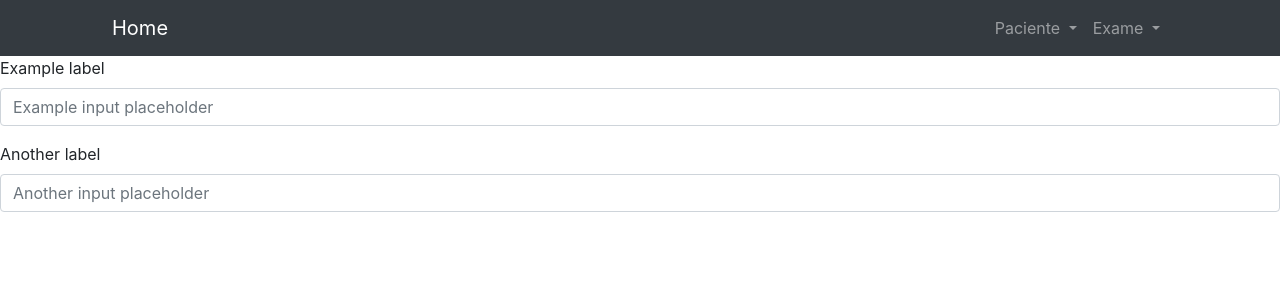
Repository: noobDevPRB/struts2_project
Page: http://localhost/Projeto_SOCTest/
An editor plug-in stored every save of this project. The page is shown before and after the next save, followed by the edit.
The browser window is 1280 px wide. The pictures show the whole page.
The page is served by Tomcat 9. Nobody is signed in. The application's start-up code is not run. Other server files are loaded and not shown.

Above is the page before, as saved 2020-10-17 18:32:40.

### Projeto_SOCTest/WebContent/index.jsp
<%@ page language="java" contentType="text/html; charset=ISO-8859-1" pageEncoding="ISO-8859-1"%>

<!DOCTYPE html>
<html lang="en">
<head>
  <!-- Required meta tags -->
  <meta charset="utf-8">
  <meta name="viewport" content="width=device-width, initial-scale=1, shrink-to-fit=no">
  <!-- Bootstrap CSS -->
  <link rel="stylesheet" href="https://cdn.jsdelivr.net/npm/bootstrap@4.5.3/dist/css/bootstrap.min.css">
  <title>Soc Teste</title>
</head>

<body>
	<nav class="navbar navbar-expand-lg navbar-dark bg-dark">
		<a class="navbar-brand pl-5 ml-5" href="http://localhost:8080/Projeto_SOCTest/">Home</a>

		<div class="collapse navbar-collapse" id="navbarSupportedContent">
			<ul class="navbar-nav ml-auto pr-5 mr-5">
				<li class="nav-item dropdown">
					<a class="nav-link dropdown-toggle" href="#" id="navbarDropdown" role="button" data-toggle="dropdown" aria-haspopup="true" aria-expanded="false">
					Paciente
					</a>
					<div class="dropdown-menu" aria-labelledby="navbarDropdown">
						<a class="dropdown-item" href="http://localhost:8080/Projeto_SOCTest/navegarCadastroPaciente">Cadastro</a>
						<a class="dropdown-item" href="http://localhost:8080/Projeto_SOCTest/listarPaciente">Listagem</a>
					</div>
				</li>
				<li class="nav-item dropdown">
					<a class="nav-link dropdown-toggle" href="#" id="navbarDropdown" role="button" data-toggle="dropdown" aria-haspopup="true" aria-expanded="false">
					Exame
					</a>
					<div class="dropdown-menu" aria-labelledby="navbarDropdown">
						<a class="dropdown-item" href="http://localhost:8080/Projeto_SOCTest/cadastrarExames">Cadastro</a>
						<a class="dropdown-item" href="http://localhost:8080/Projeto_SOCTest/listarExames">Listagem</a>
					</div>
				</li>
			</ul>
		</div>
	</nav>

<form>
  <div class="form-group">
    <label for="formGroupExampleInput">Example label</label>
    <input type="text" class="form-control" id="formGroupExampleInput" placeholder="Example input placeholder">
  </div>
  <div class="form-group">
    <label for="formGroupExampleInput2">Another label</label>
    <input type="text" class="form-control" id="formGroupExampleInput2" placeholder="Another input placeholder">
  </div>
</form>
</form>
	<!--<div class="container">
		<div class="row">
			<div class="col-sm px-5 mx-5">
				<form class="px-5 mx-5" action="cadastrarPaciente"method="post">
					<div class="form-group px-5 mx-5">
						<label>Nome Completo</label>
						<input type="text" required="required" pattern="[a-z\s]+$" maxlength="40" placeholder="digite seu nome" name="paciente.nm_cmplt">
					</div>
					<div class="form-group px-5 mx-5">
						<label for="formGroupExampleInput2">idade</label>
						<input type="number" required="required" placeholder="Sua idade" name="paciente.idade">
					</div>

					<div class="form-check form-check-inline">
						<input class="form-check-input" type="radio" name="paciente.genero" value="masculino">
						<label class="form-check-label" for="inlineRadio1">Masculino</label>
					</div>
					<div class="form-check form-check-inline">
						<input class="form-check-input" type="radio" name="paciente.genero" value="feminino">
						<label class="form-check-label" for="inlineRadio2">Feminino</label>
					</div>
					<div class="form-check form-check-inline">
						<input class="form-check-input" type="radio" name="paciente.genero" value="outro">
						<label class="form-check-label" for="inlineRadio3">Outro</label>
					</div>

					<input type="submit" value="Cadastrar">
				</form>
			</div>
		</div>
	</div>
 Option 1: jQuery and Bootstrap Bundle (includes Popper) -->
<script src="https://code.jquery.com/jquery-3.5.1.slim.min.js" integrity="sha384-DfXdz2htPH0lsSSs5nCTpuj/zy4C+OGpamoFVy38MVBnE+IbbVYUew+OrCXaRkfj" crossorigin="anonymous"></script>
<script src="https://cdn.jsdelivr.net/npm/bootstrap@4.5.3/dist/js/bootstrap.bundle.min.js" integrity="sha384-ho+j7jyWK8fNQe+A12Hb8AhRq26LrZ/JpcUGGOn+Y7RsweNrtN/tE3MoK7ZeZDyx" crossorigin="anonymous"></script>

</body>
</html>

After the next save:
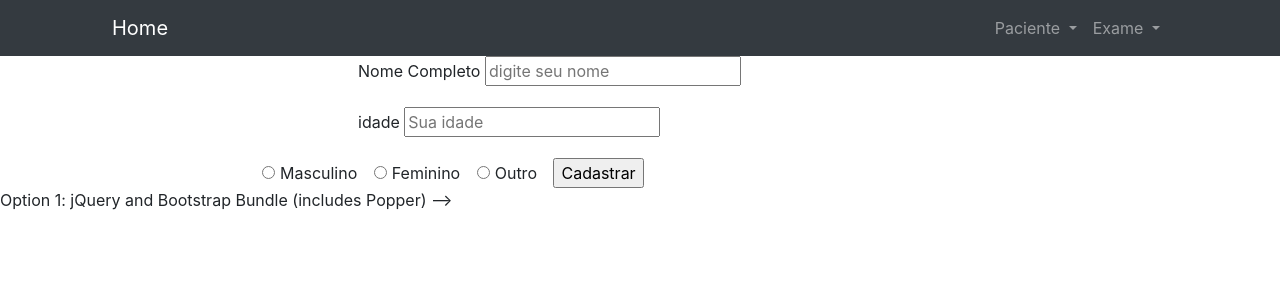
Saved 7 min 13 s later.
--- a/Projeto_SOCTest/WebContent/index.jsp
+++ b/Projeto_SOCTest/WebContent/index.jsp
@@ -39,18 +39,8 @@
 		</div>
 	</nav>
 
-<form>
-  <div class="form-group">
-    <label for="formGroupExampleInput">Example label</label>
-    <input type="text" class="form-control" id="formGroupExampleInput" placeholder="Example input placeholder">
-  </div>
-  <div class="form-group">
-    <label for="formGroupExampleInput2">Another label</label>
-    <input type="text" class="form-control" id="formGroupExampleInput2" placeholder="Another input placeholder">
-  </div>
-</form>
-</form>
-	<!--<div class="container">
+
+	<div class="container">
 		<div class="row">
 			<div class="col-sm px-5 mx-5">
 				<form class="px-5 mx-5" action="cadastrarPaciente"method="post">
